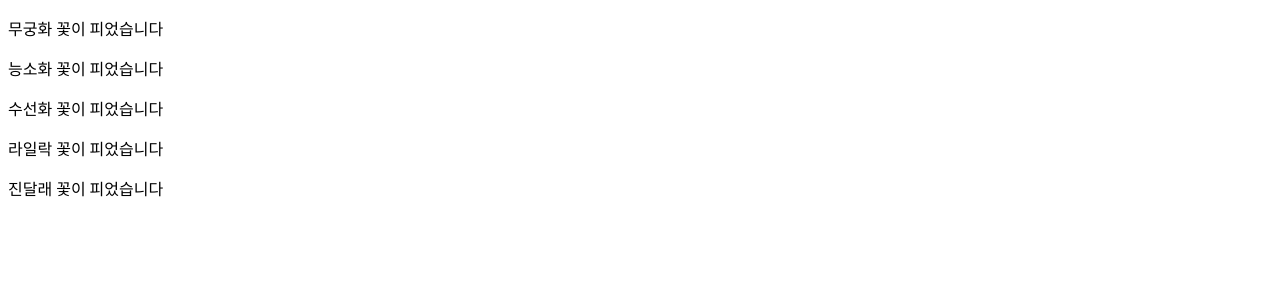
Repository: seonyeob94/BasicWeb
Page: webpro/src/main/webapp/0317/요소접근_class_tag.html
These files come from the project's save history. The page is drawn as it stood at one moment and after the next save; the edit follows.
The browser window is 1280 px wide. The pictures show the whole page.

Above is the page before, as saved 2025-03-17 02:07:29.

### webpro/src/main/webapp/0317/요소접근_class_tag.html
<!DOCTYPE html>
<html>
<head>
<meta charset="UTF-8">
<title>Insert title here</title>
</head>
<body>
<p>무궁화 꽃이 피었습니다</p>
<p>능소화 꽃이 피었습니다</p>
<p>수선화 꽃이 피었습니다</p>
<p>라일락 꽃이 피었습니다</p>
<p>진달래 꽃이 피었습니다</p>
</body>
</html>

After the next save:
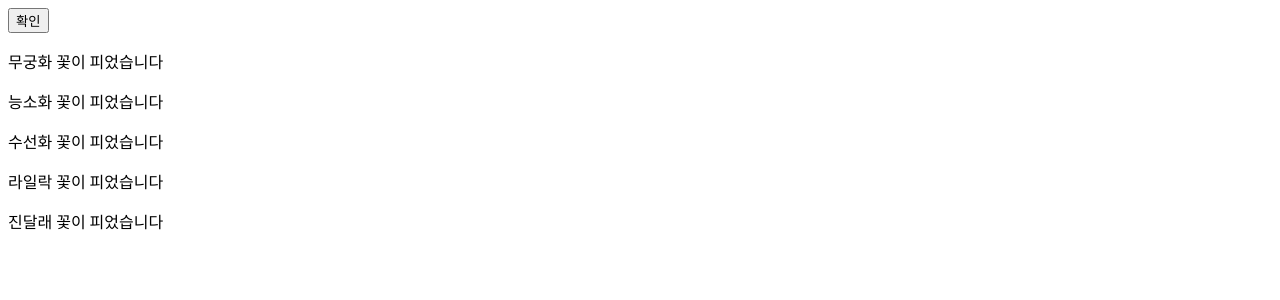
Saved 65 s later.
--- a/webpro/src/main/webapp/0317/요소접근_class_tag.html
+++ b/webpro/src/main/webapp/0317/요소접근_class_tag.html
@@ -3,8 +3,13 @@
 <head>
 <meta charset="UTF-8">
 <title>Insert title here</title>
+
+<script>
+
+</script>
 </head>
 <body>
+<input type="button" value="확인" onclick="proc1()">
 <p>무궁화 꽃이 피었습니다</p>
 <p>능소화 꽃이 피었습니다</p>
 <p>수선화 꽃이 피었습니다</p>
